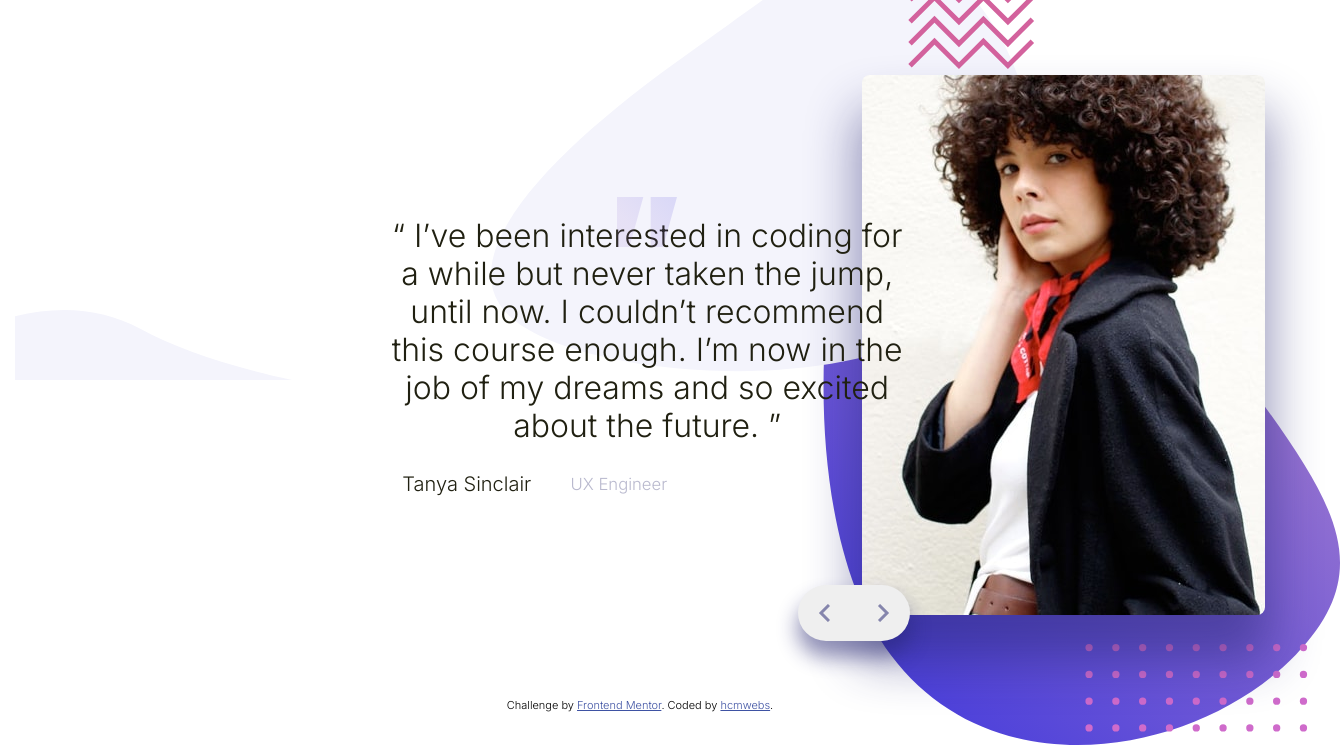
Repository: Hcmwebs/Coding-Bootcamp-Testimonials
Page: index.html
An editor plug-in stored every save of this project. The page is shown before and after the next save, followed by the edit.
The browser window is 1280 px wide. The page is 1340 px wide, so the pictures cover 1340 px, including what lies to the right of the window. The pictures show the whole page.
The style sheet was rebuilt from its Sass, Less or Tailwind sources for each picture, by a compiler version that may differ from the author's.

Above is the page before, as saved 2020-10-31 19:14:38.

After the next save:
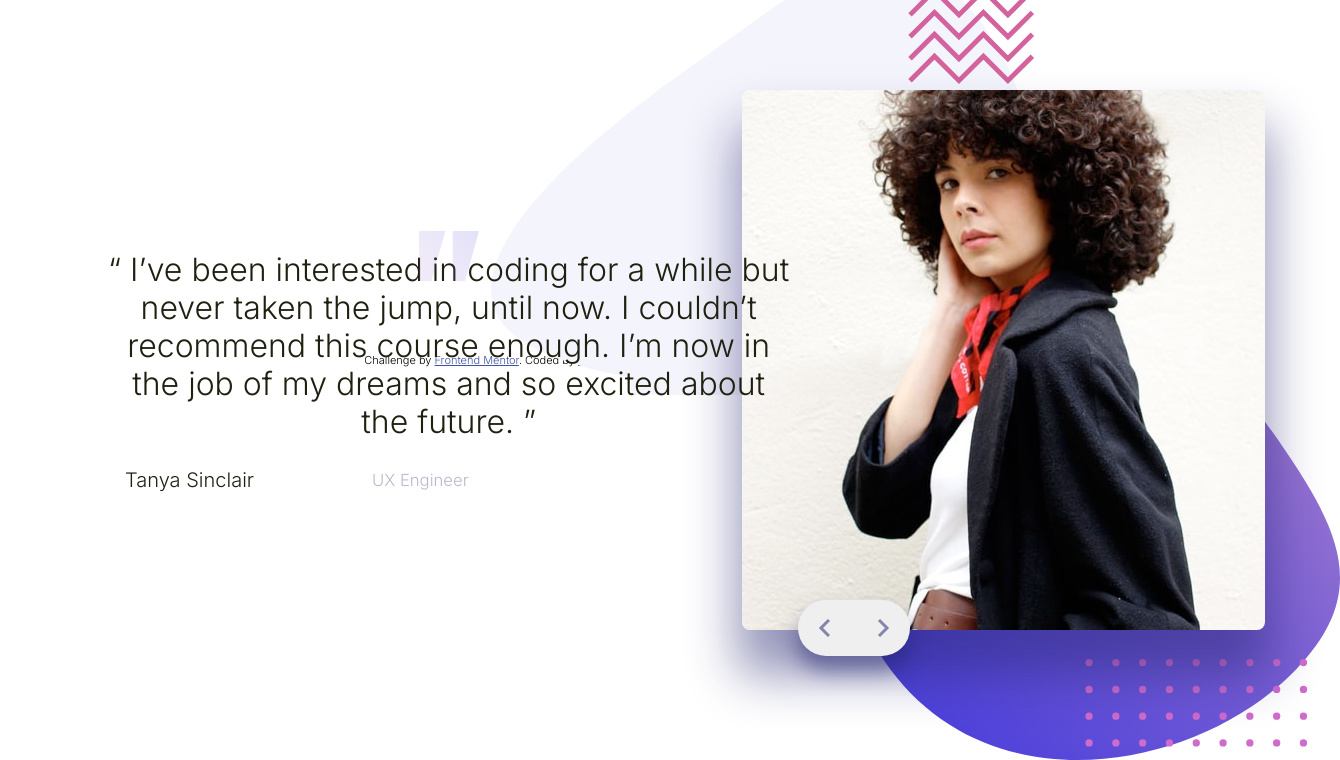
Saved 2 min 3 s later.
--- a/index.html
+++ b/index.html
@@ -46,12 +46,6 @@
             <small>UX Engineer </small>
           </div>
         </div>
-
-        <img
-          src="images/pattern-curve.svg"
-          alt="pattern-curve"
-          class="pattern-curve"
-        />
       </div>
 
       <!-- <div class="card cardTwo" id="cardTwo">
@@ -82,15 +76,22 @@
           </div>
         </div>
       </div> -->
+
+      <div class="attribution">
+        Challenge by
+        <a href="https://www.frontendmentor.io?ref=challenge" target="_blank"
+          >Frontend Mentor</a
+        >. Coded by
+        <a href="https://github.com/Hcmwebs" target="_blank">hcmwebs</a>.
+      </div>
+
+      <img
+        src="images/pattern-curve.svg"
+        alt="pattern-curve"
+        class="pattern-curve"
+      />
     </div>
 
-    <div class="attribution">
-      Challenge by
-      <a href="https://www.frontendmentor.io?ref=challenge" target="_blank"
-        >Frontend Mentor</a
-      >. Coded by
-      <a href="https://github.com/Hcmwebs" target="_blank">hcmwebs</a>.
-    </div>
     <script src="main.js"></script>
   </body>
 </html>
